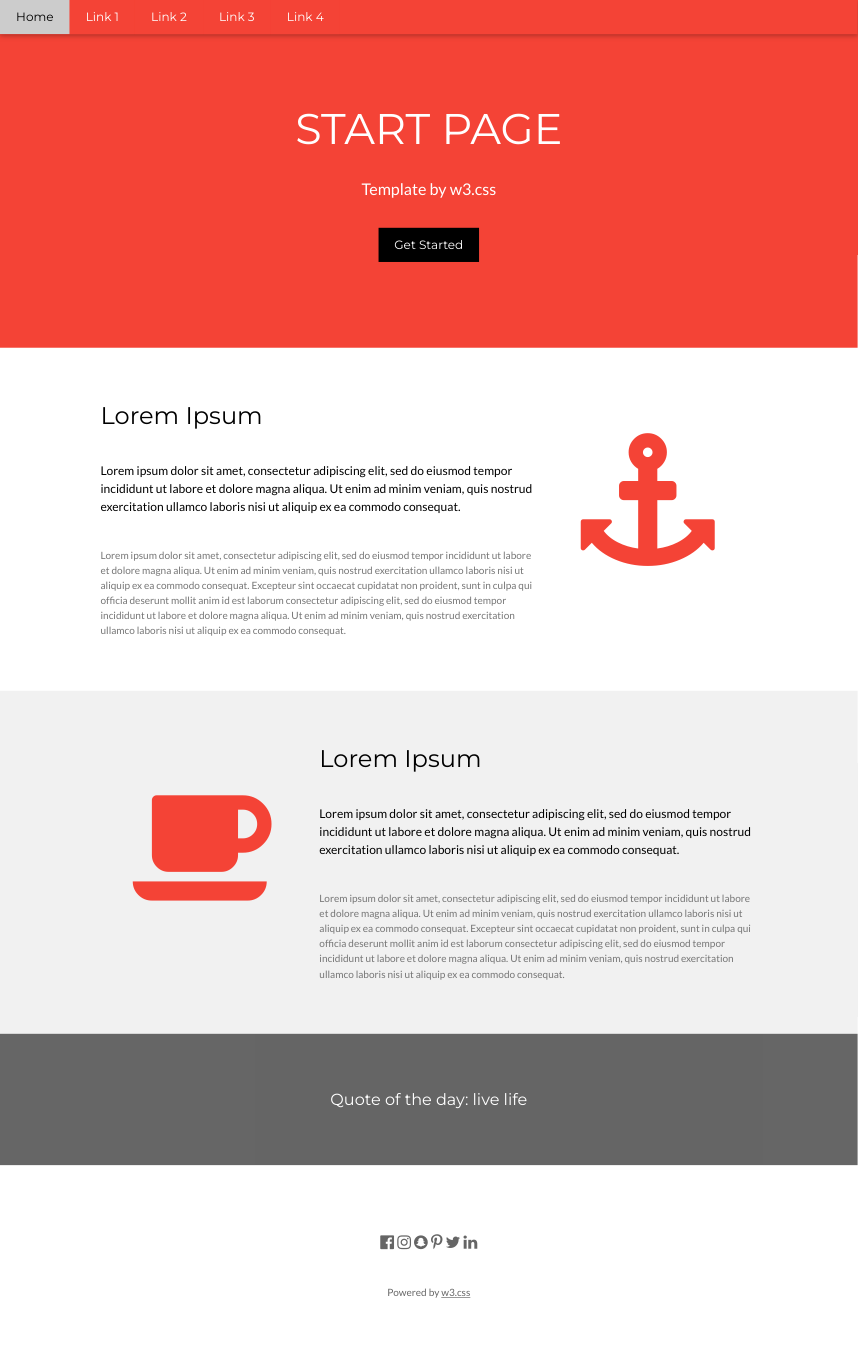
Repository: csanicola74/flask-html
Page: flask_css.html
The author's editor kept a copy of each file at every save. The page is drawn from the files as they stood at one save, then again after the next save.
The browser window is 1280 px wide. The pictures show the whole page, at 67% of full size.
Some web fonts or font styles are not loaded; a fallback is used.

Above is the page before, as saved 2022-09-11 20:47:06.

### flask_css.html
<!DOCTYPE html>
<html lang="en">

<head>
    <title>My CSS Homepage</title>
    <meta charset="UTF-8">
    <meta name="viewport" content="width=device-width, initial-scale=1">
    <link rel="stylesheet" href="https://www.w3schools.com/w3css/4/w3.css">
    <link rel="stylesheet" href="https://fonts.googleapis.com/css?family=Lato">
    <link rel="stylesheet" href="https://fonts.googleapis.com/css?family=Montserrat">
    <link rel="stylesheet" href="https://cdnjs.cloudflare.com/ajax/libs/font-awesome/4.7.0/css/font-awesome.min.css">
    <style>
        body,
        h1,
        h2,
        h3,
        h4,
        h5,
        h6 {
            font-family: "Lato", sans-serif
        }

        .w3-bar,
        h1,
        button {
            font-family: "Montserrat", sans-serif
        }

        .fa-anchor,
        .fa-coffee {
            font-size: 200px
        }
    </style>
</head>

<body>

    <!-- Navbar -->
    <div class="w3-top">
        <div class="w3-bar w3-red w3-card w3-left-align w3-large">
            <a class="w3-bar-item w3-button w3-hide-medium w3-hide-large w3-right w3-padding-large w3-hover-white w3-large w3-red"
                href="javascript:void(0);" onclick="myFunction()" title="Toggle Navigation Menu"><i
                    class="fa fa-bars"></i></a>
            <a href="#" class="w3-bar-item w3-button w3-padding-large w3-white">Home</a>
            <a href="#" class="w3-bar-item w3-button w3-hide-small w3-padding-large w3-hover-white">Link 1</a>
            <a href="#" class="w3-bar-item w3-button w3-hide-small w3-padding-large w3-hover-white">Link 2</a>
            <a href="#" class="w3-bar-item w3-button w3-hide-small w3-padding-large w3-hover-white">Link 3</a>
            <a href="#" class="w3-bar-item w3-button w3-hide-small w3-padding-large w3-hover-white">Link 4</a>
        </div>

        <!-- Navbar on small screens -->
        <div id="navDemo" class="w3-bar-block w3-white w3-hide w3-hide-large w3-hide-medium w3-large">
            <a href="#" class="w3-bar-item w3-button w3-padding-large">Link 1</a>
            <a href="#" class="w3-bar-item w3-button w3-padding-large">Link 2</a>
            <a href="#" class="w3-bar-item w3-button w3-padding-large">Link 3</a>
            <a href="#" class="w3-bar-item w3-button w3-padding-large">Link 4</a>
        </div>
    </div>

    <!-- Header -->
    <header class="w3-container w3-red w3-center" style="padding:128px 16px">
        <h1 class="w3-margin w3-jumbo">START PAGE</h1>
        <p class="w3-xlarge">Template by w3.css</p>
        <button class="w3-button w3-black w3-padding-large w3-large w3-margin-top">Get Started</button>
    </header>

    <!-- First Grid -->
    <div class="w3-row-padding w3-padding-64 w3-container">
        <div class="w3-content">
            <div class="w3-twothird">
                <h1>Lorem Ipsum</h1>
                <h5 class="w3-padding-32">Lorem ipsum dolor sit amet, consectetur adipiscing elit, sed do eiusmod tempor
                    incididunt ut labore et dolore magna aliqua. Ut enim ad minim veniam, quis nostrud exercitation
                    ullamco laboris nisi ut aliquip ex ea commodo consequat.</h5>

                <p class="w3-text-grey">Lorem ipsum dolor sit amet, consectetur adipiscing elit, sed do eiusmod tempor
                    incididunt ut labore et dolore magna aliqua. Ut enim ad minim veniam, quis nostrud exercitation
                    ullamco laboris nisi ut aliquip ex ea commodo consequat. Excepteur sint
                    occaecat cupidatat non proident, sunt in culpa qui officia deserunt mollit anim id est laborum
                    consectetur adipiscing elit, sed do eiusmod tempor incididunt ut labore et dolore magna aliqua. Ut
                    enim ad minim veniam, quis nostrud exercitation ullamco
                    laboris nisi ut aliquip ex ea commodo consequat.</p>
            </div>

            <div class="w3-third w3-center">
                <i class="fa fa-anchor w3-padding-64 w3-text-red"></i>
            </div>
        </div>
    </div>

    <!-- Second Grid -->
    <div class="w3-row-padding w3-light-grey w3-padding-64 w3-container">
        <div class="w3-content">
            <div class="w3-third w3-center">
                <i class="fa fa-coffee w3-padding-64 w3-text-red w3-margin-right"></i>
            </div>

            <div class="w3-twothird">
                <h1>Lorem Ipsum</h1>
                <h5 class="w3-padding-32">Lorem ipsum dolor sit amet, consectetur adipiscing elit, sed do eiusmod tempor
                    incididunt ut labore et dolore magna aliqua. Ut enim ad minim veniam, quis nostrud exercitation
                    ullamco laboris nisi ut aliquip ex ea commodo consequat.</h5>

                <p class="w3-text-grey">Lorem ipsum dolor sit amet, consectetur adipiscing elit, sed do eiusmod tempor
                    incididunt ut labore et dolore magna aliqua. Ut enim ad minim veniam, quis nostrud exercitation
                    ullamco laboris nisi ut aliquip ex ea commodo consequat. Excepteur sint
                    occaecat cupidatat non proident, sunt in culpa qui officia deserunt mollit anim id est laborum
                    consectetur adipiscing elit, sed do eiusmod tempor incididunt ut labore et dolore magna aliqua. Ut
                    enim ad minim veniam, quis nostrud exercitation ullamco
                    laboris nisi ut aliquip ex ea commodo consequat.</p>
            </div>
        </div>
    </div>

    <div class="w3-container w3-black w3-center w3-opacity w3-padding-64">
        <h1 class="w3-margin w3-xlarge">Quote of the day: live life</h1>
    </div>

    <!-- Footer -->
    <footer class="w3-container w3-padding-64 w3-center w3-opacity">
        <div class="w3-xlarge w3-padding-32">
            <i class="fa fa-facebook-official w3-hover-opacity"></i>
            <i class="fa fa-instagram w3-hover-opacity"></i>
            <i class="fa fa-snapchat w3-hover-opacity"></i>
            <i class="fa fa-pinterest-p w3-hover-opacity"></i>
            <i class="fa fa-twitter w3-hover-opacity"></i>
            <i class="fa fa-linkedin w3-hover-opacity"></i>
        </div>
        <p>Powered by <a href="https://www.w3schools.com/w3css/default.asp" target="_blank">w3.css</a></p>
    </footer>

    <script>
        // Used to toggle the menu on small screens when clicking on the menu button
        function myFunction() {
            var x = document.getElementById("navDemo");
            if (x.className.indexOf("w3-show") == -1) {
                x.className += " w3-show";
            } else {
                x.className = x.className.replace(" w3-show", "");
            }
        }
    </script>

</body>

</html>

After the next save:
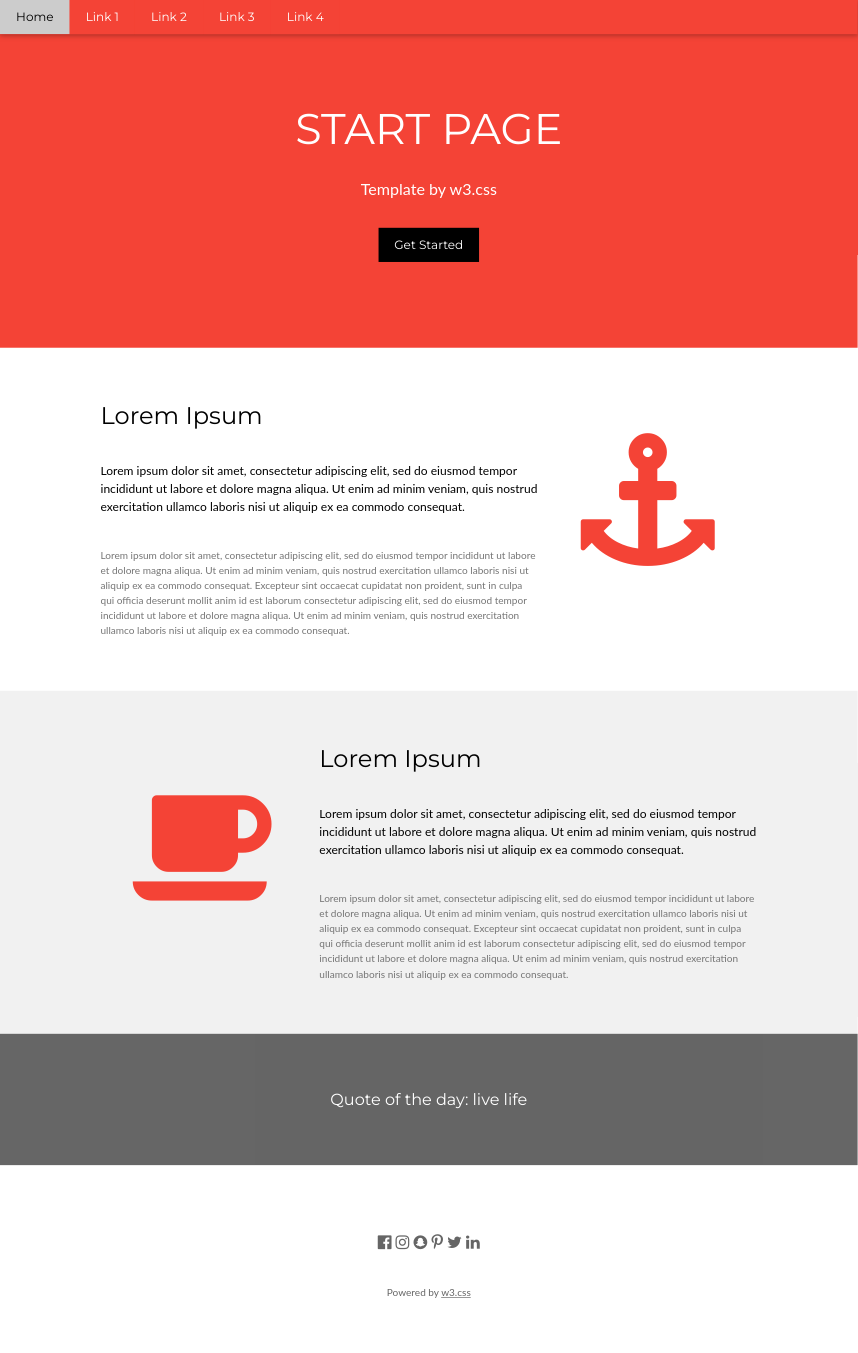
Saved 4 min 2 s later.
--- a/flask_css.html
+++ b/flask_css.html
@@ -6,7 +6,7 @@
     <meta charset="UTF-8">
     <meta name="viewport" content="width=device-width, initial-scale=1">
     <link rel="stylesheet" href="https://www.w3schools.com/w3css/4/w3.css">
-    <link rel="stylesheet" href="https://fonts.googleapis.com/css?family=Lato">
+    <link rel="stylesheet" href="https://fonts.googleapis.com/css?family=Rancho&effect=shadow-multiple">
     <link rel="stylesheet" href="https://fonts.googleapis.com/css?family=Montserrat">
     <link rel="stylesheet" href="https://cdnjs.cloudflare.com/ajax/libs/font-awesome/4.7.0/css/font-awesome.min.css">
     <style>
